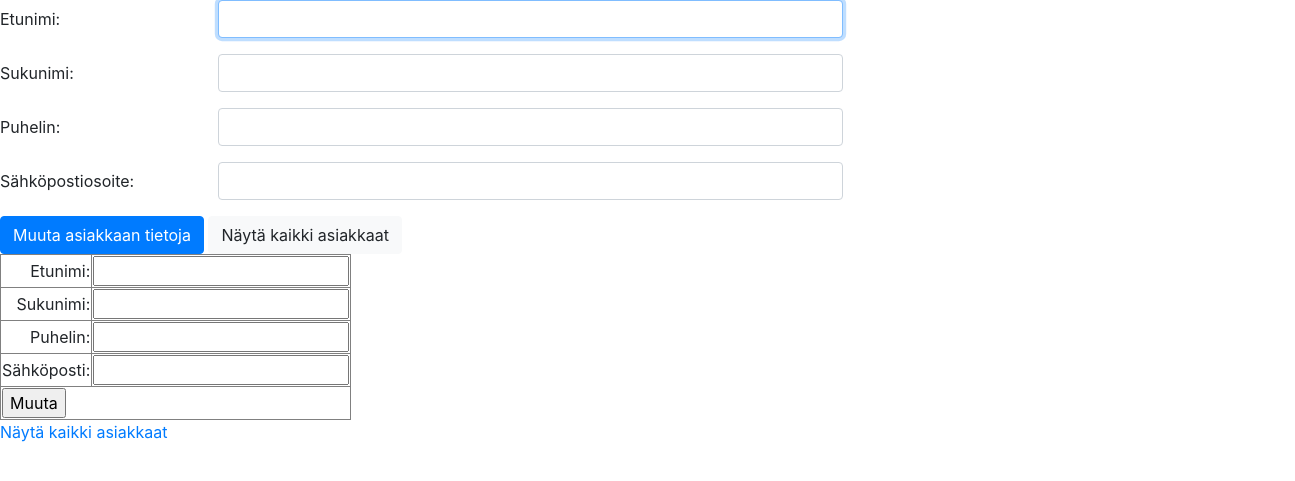
Repository: sarastu5/javaohjelmointi
Page: http://localhost/AsiakkaatWeb/muutaasiakas.jsp
The author's editor kept a copy of each file at every save. The page is drawn from the files as they stood at one save, then again after the next save.
The browser window is 1280 px wide. The page is 1295 px wide, so the pictures cover 1295 px, including what lies to the right of the window. The pictures show the whole page.
Some web libraries are served in a nearby version. The page is served by Tomcat 9. The session is filled in as if someone had signed in: {"kayttaja": 1}.

Above is the page before, as saved 2018-05-04 18:55:06.

After the next save:
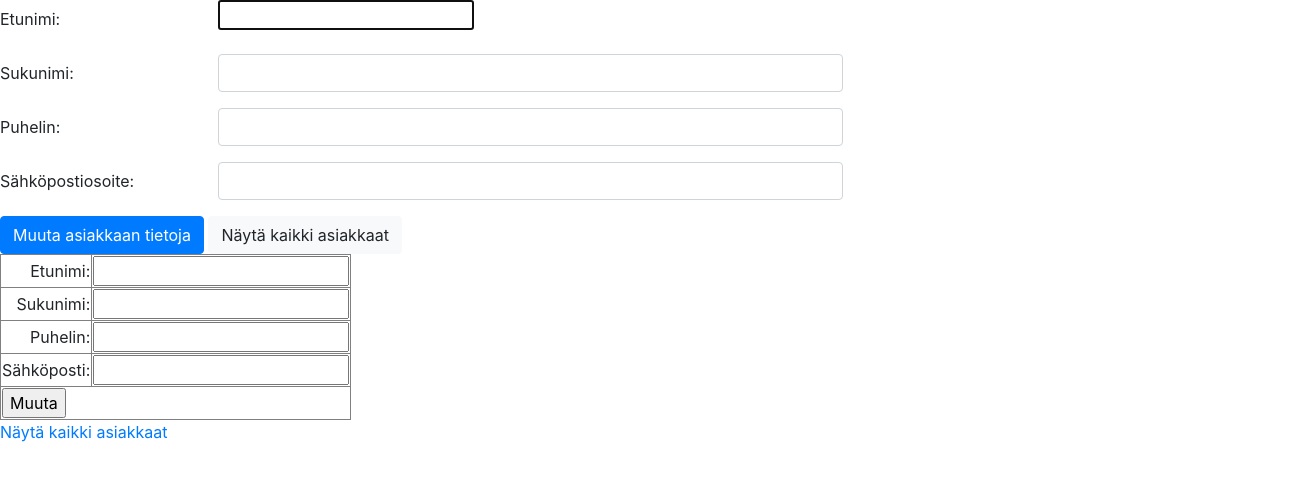
Saved 35 s later.
--- a/Java EE/AsiakkaatWeb/WebContent/muutaasiakas.jsp
+++ b/Java EE/AsiakkaatWeb/WebContent/muutaasiakas.jsp
@@ -41,7 +41,7 @@ if(request.getParameter("sposti")!= null){
 		<div class="form-group row">
 		   		<label for="etunimi" class="col-sm-2 col-form-label">Etunimi:</label>
 		    	<div class="col-sm-6">
-		      		<input type="text" class="form-control" name="etunimi" id="etunimi">
+		      		<input type="text" name="etunimi" id=etunimi value="<%=etunimi%>">
 		    	</div>
 	  		</div>
 	  		<div class="form-group row">
@@ -64,6 +64,8 @@ if(request.getParameter("sposti")!= null){
 	  		</div>
 	  		<button type="submit" class="btn btn-primary" value="lisää">Muuta asiakkaan tietoja</button>
 	  		<a href="haeasiakkaat.jsp"><button type="button" class="btn btn-light">Näytä kaikki asiakkaat</button></a>
+
+
 		<table border="1">
 			<tr>
 				<td align="right">Etunimi:</td>
